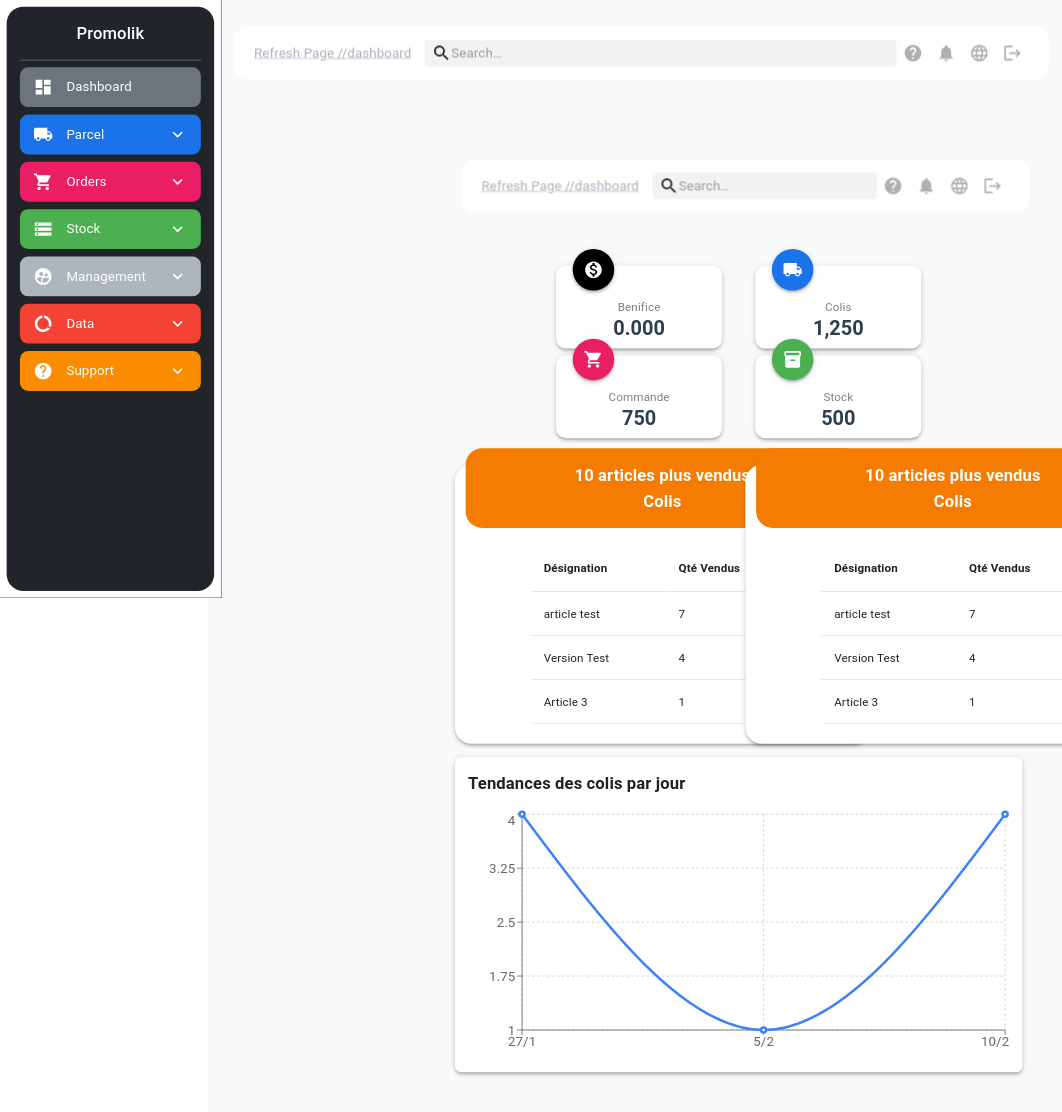
Repository: yosrjdly/stk
Page: /dashboard (app in dashboard/)
The author's editor kept a copy of each file at every save. The page is drawn from the files as they stood at one save, then again after the next save.
The browser window is 1280 px wide. The pictures show the whole page, at 83% of full size.
The project was rebuilt for these pictures with package versions that can differ from the ones it lists, and the page was loaded fresh each time. The framework's server and built-in components were replaced by stand-ins that run in the browser. Also part of the build but not shown: dashboard/next.config.ts.

Above is the page before, as saved 2025-02-16 17:04:04.

### dashboard/src/app/dashboard/Layout.tsx
"use client";

import { Box, CssBaseline, Toolbar } from "@mui/material";
import Sidebar from "../../componenets/sidebar/SideBar";
import Navbar from "../../componenets/navbar/Navbar"; // Assuming you have a Navbar component
import { ReactNode } from "react";

interface LayoutProps {
  children: ReactNode;
}

export default function Layout({ children }: LayoutProps) {
  return (
    <Box sx={{ display: "flex" }}>
      <CssBaseline />

      {/* Sidebar (Permanent) */}
      <Sidebar />

      {/* Main Content Area */}
      <Box
        component="main"
        sx={{

          flexGrow: 1,
          p: 3,
          width: `calc(100% - 250px)`, // Adjusting main content width to fit sidebar
          backgroundColor: "#f8f9fa",
          minHeight: "100vh",
        }}
      >
        {/* Navbar */}
        <Navbar />

        {/* Page Content */}
        <Toolbar /> {/* Keeps content from being hidden behind Navbar */}
        {children}
      </Box>
    </Box>
  );
}

### dashboard/src/app/dashboard/page.tsx
import DashboardStats from "@/componenets/cards/smallCard/StatisticCard";
import Layout from "../dashboard/Layout";
import TopSellingCard from "../../componenets/cards/mediumCard/TopSellingCard";
import Chart from "../../componenets/Charts/Chart";
import { Box, Grid } from "@mui/material";

export default function DashboardHome() {
  return (
    <Layout>
      {/* Stats at the top */}
      <Box sx={{ mb: 4 }}>
        <DashboardStats />
      </Box>

      {/* Two TopSellingCards in one row */}
      <Grid container spacing={2} sx={{ mb: 2 }}>
        <Grid item xs={12} md={6}>
          <TopSellingCard />
        </Grid>
        <Grid item xs={12} md={6}>
          <TopSellingCard />
        </Grid>
      </Grid>

      {/* Chart below */}
      <Box>
        <Chart />
      </Box>
    </Layout>
  );
}

### dashboard/src/componenets/sidebar/SideBar.tsx
"use client";

import { useState } from "react";
import { useRouter, usePathname } from "next/navigation";
import {
  Drawer,
  List,
  ListItemButton,
  ListItemText,
  Collapse,
  Divider,
  Typography,
  Box,
  IconButton,
} from "@mui/material";
import { ExpandLess, ExpandMore, Brightness4, Brightness7 } from "@mui/icons-material";
import DashboardIcon from '@mui/icons-material/Dashboard';
import LocalShippingIcon from '@mui/icons-material/LocalShipping';
import ShoppingCartIcon from '@mui/icons-material/ShoppingCart';
import StorageIcon from '@mui/icons-material/Storage';
import SupervisedUserCircleIcon from '@mui/icons-material/SupervisedUserCircle';
import DataUsageIcon from '@mui/icons-material/DataUsage';
import HelpIcon from '@mui/icons-material/Help';

const menuItems = [
  {
    title: "Dashboard",
    path: "/dashboard",
    color: "#6c757d",
    icon: <DashboardIcon />,
  },
  {
    title: "Parcel",
    subItems: [
      { title: "Statistique", path: "/parcel/statistical" },

      { title: "Exchange List", path: "/parcel/exchangeList" },
      { title: "Search", path: "/parcel/search" },

      { title: "Exchange Return", path: "/dashboard/parcel/exchangeReturn" },
      { title: "Exchange Creation", path: "/dashboard/parcel/exchangeCreation" },
      { title: "Package Creation", path: "/dashboard/parcel/packageCreation" },
      { title: "Package Edit", path: "/dashboard/parcel/packageEdit" },
      { title: "Package List", path: "/dashboard/parcel/packageList" },
      { title: "Parcel Return", path: "/dashboard/parcel/parcelReturn" },

    ],
    color: "#1a73e8",
    icon: <LocalShippingIcon />,
  },
  {
    title: "Orders",
    subItems: [
      { title: "Cash Sale", path: "/dashboard/orders/cashSale" },
      { title: "Orders", path: "/dashboard/orders/orders" },
    ],
    color: "#e91e63",
    icon: <ShoppingCartIcon />,
  },
  {
    title: "Stock",
    subItems: [
      { title: "Add Article", path: "/dashboard/stock/addArticle" },
      { title: "Entred Stock", path: "/dashboard/stock/entredStock" },
      { title: "Notification", path: "/dashboard/stock/notification" },
      { title: "Stock", path: "/dashboard/stock/stock" },
    ],
    color: "#4caf50",
    icon: <StorageIcon />,
  },
  {
    title: "Management",
    subItems: [
      { title: "Delivery Company", path: "/manegement/deliveryCompany" },
      { title: "Profile", path: "/dashboard/management/profile" },
      { title: "Profit", path: "/dashboard/management/profit" },
      { title: "Spending", path: "/dashboard/management/spending" },
      { title: "User", path: "/dashboard/management/user" },
    ],
    color: "#adb5bd",
    icon: <SupervisedUserCircleIcon />,
  },
  {
    title: "Data",
    subItems: [
      { title: "Archived Parcel", path: "/dashboard/data/archivedParcel" },
      { title: "Command Deleted", path: "/dashboard/data/commandDeleted" },
      { title: "Deleted Parcel", path: "/dashboard/data/deletedParcel" },
      { title: "Inventory Removed", path: "/dashboard/data/inventoryRemoved" },
    ],
    color: "#f44335",
    icon: <DataUsageIcon />,
  },
  {
    title: "Support",
    subItems: [
      { title: "About Us", path: "/dashboard/support/aboutUs" },
      { title: "Claims", path: "/dashboard/support/claims" },
      { title: "User Guide", path: "/dashboard/support/userGuide" },
    ],
    color: "#fb8c00",
    icon: <HelpIcon />,
  },
];

export default function Sidebar() {
  const router = useRouter();
  const pathname = usePathname();
  const [openSections, setOpenSections] = useState<Record<string, boolean>>({});

  const toggleSection = (title: string) => {
    setOpenSections((prev) => ({
      ...prev,
      [title]: !prev[title],
    }));
  };

  return (
    <Drawer variant="permanent" sx={{ width: 250, flexShrink: 0, marginTop: 2 }}>
      <Box sx={{ height: "100%", width: 250, padding: 2, backgroundColor: "#212529", borderRadius: 5, margin: 1 }}>
        <Typography variant="h6" sx={{ color: "white", textAlign: "center", mb: 2 }}>
          Promolik
        </Typography>
        <Divider sx={{ backgroundColor: "#6c757d" }} />
        <List>
          {menuItems.map((item, index) => {
            const isParentActive = item.subItems?.some((subItem) => pathname === subItem.path);

            return (
              <div key={index}>
                {item.subItems ? (
                  <>
                    <ListItemButton
                      sx={{
                        backgroundColor: item.color,
                        borderRadius: "10px",
                        marginBottom: 1,
                        color: "white",
                      }}
                      onClick={() => toggleSection(item.title)}
                    >
                      {item.icon}
                      <ListItemText primary={item.title} sx={{ ml: 2 }} />
                      {openSections[item.title] ? <ExpandLess /> : <ExpandMore />}
                    </ListItemButton>
                    <Collapse in={openSections[item.title]} timeout="auto" unmountOnExit>
                      <List component="div" disablePadding>
                        {item.subItems.map((subItem, subIndex) => (
                          <ListItemButton
                            key={subIndex}
                            sx={{
                              pl: 4,
                              backgroundColor: pathname === subItem.path ? item.color : "transparent",
                              borderRadius: pathname === subItem.path ? "10px" : "0px",
                              marginBottom: 1,
                              color: pathname === subItem.path ? "white" : "#ccc",
                            }}
                            onClick={() => router.push(subItem.path)}
                          >
                            <ListItemText primary={subItem.title} />
                          </ListItemButton>
                        ))}
                      </List>
                    </Collapse>
                  </>
                ) : (
                  <ListItemButton
                    sx={{
                      backgroundColor: pathname === item.path ? item.color : "transparent",
                      borderRadius: pathname === item.path ? "10px" : "0px",
                      marginBottom: 1,
                      color: pathname === item.path ? "white" : "#ccc",
                    }}
                    onClick={() => router.push(item.path)}
                  >
                    {item.icon}
                    <ListItemText primary={item.title} sx={{ ml: 2 }} />
                  </ListItemButton>
                )}
                <Divider />
              </div>
            );
          })}
        </List>
      </Box>
    </Drawer>
  );
}

### dashboard/src/componenets/navbar/Navbar.tsx
'use client';

import React, { useState, useEffect } from 'react';
import { AppBar, Toolbar, IconButton, InputBase, Menu, MenuItem, Link } from '@mui/material';
import { Search as SearchIcon, Help as HelpIcon, Notifications as NotificationsIcon, Language as LanguageIcon, Logout as LogoutIcon } from '@mui/icons-material';
import { useRouter,usePathname } from 'next/navigation';

const Navbar = () => {
  const [anchorEl, setAnchorEl] = useState(null);
  const [isClient, setIsClient] = useState(false);
    const pathname = usePathname();
    console.log("pathname",pathname)
   // state to ensure client-side execution
  const router = useRouter();
  console.log("router ",router) // Use `useRouter` directly

  useEffect(() => {
    // Ensure that we're on the client side by checking for window
    setIsClient(true);
  }, []);

  const handleMenuOpen = (event) => {
    setAnchorEl(event.currentTarget);
  };

  const handleMenuClose = () => {
    setAnchorEl(null);
  };

  const handleRefresh = () => {
    window.location.reload();
  };

  if (!isClient) {
    return null; // return null while waiting for the client-side execution
  }

  return (
    <AppBar
      position="sticky"
      sx={{
        mx: 1,
        mt: 1,
        borderRadius: '16px',
        boxShadow: 'none',
        backdropFilter: 'blur(10px)',
        zIndex: 1200,
        backgroundColor: '#ffff',
      }}
    >
      <Toolbar>
        {/* Refresh Link and Current Route */}
        <Link
          component="button"
          sx={{ color: '#B0B0B0', marginRight: '16px' }}
          onClick={handleRefresh}
        >
          Refresh Page /{router.pathname}
          {console.log(router)}
        </Link>

        {/* Search Bar */}
        <InputBase
          placeholder="Search…"
          startAdornment={<SearchIcon />}
          sx={{ flexGrow: 1, backgroundColor: 'rgba(0, 0, 0, 0.05)', borderRadius: '4px', paddingLeft: '8px' }}
        />

        {/* Help Icon */}
        <IconButton color="inherit" onClick={handleMenuOpen} sx={{ color: '#B0B0B0' }}>
          <HelpIcon />
        </IconButton>

        {/* Notifications Icon */}
        <IconButton color="inherit" sx={{ color: '#B0B0B0' }}>
          <NotificationsIcon />
        </IconButton>

        {/* Language Icon */}
        <IconButton color="inherit" sx={{ color: '#B0B0B0' }}>
          <LanguageIcon />
        </IconButton>

        {/* Logout Icon */}
        <IconButton color="inherit" sx={{ color: '#B0B0B0' }}>
          <LogoutIcon />
        </IconButton>
      </Toolbar>

      {/* Help Icon Menu */}
      <Menu
        anchorEl={anchorEl}
        open={Boolean(anchorEl)}
        onClose={handleMenuClose}
      >
        <MenuItem onClick={handleMenuClose}>Help Center</MenuItem>
        <MenuItem onClick={handleMenuClose}>Contact Support</MenuItem>
      </Menu>
    </AppBar>
  );
};

export default Navbar;

### dashboard/src/componenets/cards/smallCard/StatisticCard.tsx
'use client';

import React from 'react';
import { Card, CardContent, Typography, Box } from '@mui/material';
import MonetizationOnIcon from '@mui/icons-material/MonetizationOn';
import LocalShippingIcon from '@mui/icons-material/LocalShipping';
import ShoppingCartIcon from '@mui/icons-material/ShoppingCart';
import InventoryIcon from '@mui/icons-material/Inventory';

const StatisticCard = ({
  title,
  value,
  icon,
  bgColor,
}: {
  title: string;
  value: string;
  icon: React.ReactNode;
  bgColor: string;
}) => {
  return (
    <Box sx={{ position: 'relative', display: 'inline-block', mx: 2 }}>
      {/* Floating Icon */}
      <Box
        sx={{
          position: 'absolute',
          top: -20,
          left: 20,
          width: 50,
          height: 50,
          borderRadius: '50%',
          backgroundColor: bgColor,
          display: 'flex',
          alignItems: 'center',
          justifyContent: 'center',
          boxShadow: 3,
        }}
      >
        {icon}
      </Box>

      {/* Card */}
      <Card
        sx={{
          width: 200,
          height: 100,
          borderRadius: 3,
          textAlign: 'center',
          boxShadow: 3,
          backgroundColor: 'white',
          pt: 3,
        }}
      >
        <CardContent>
          <Typography variant="body2" sx={{ color: 'gray' }}>
            {title}
          </Typography>
          <Typography variant="h5" sx={{ fontWeight: 'bold', color: '#2D3E50' }}>
            {value}
          </Typography>
        </CardContent>
      </Card>
    </Box>
  );
};

const DashboardStats = () => {
  const stats = [
    { title: 'Benifice', value: '0.000', icon: <MonetizationOnIcon sx={{ color: 'white' }} />, bgColor: 'black' },
    { title: 'Colis', value: '1,250', icon: <LocalShippingIcon sx={{ color: 'white' }} />, bgColor: '#1a73e8' },
    { title: 'Commande', value: '750', icon: <ShoppingCartIcon sx={{ color: 'white' }} />, bgColor: '#e91e63' },
    { title: 'Stock', value: '500', icon: <InventoryIcon sx={{ color: 'white' }} />, bgColor: '#4caf50' },
  ];

  return (
    <Box display="flex" justifyContent="center" gap={1} flexWrap="wrap" mt={0}>
      {stats.map((stat, index) => (
        <StatisticCard key={index} title={stat.title} value={stat.value} icon={stat.icon} bgColor={stat.bgColor} />
      ))}
    </Box>
  );
};

export default DashboardStats;

### dashboard/src/componenets/cards/mediumCard/TopSellingCard.tsx
"use client";

import { Card, CardContent, Typography, Table, TableBody, TableCell, TableContainer, TableHead, TableRow, Paper, Box } from "@mui/material";

const data = [
  { name: "article test", quantity: 7 },
  { name: "Version Test", quantity: 4 },
  { name: "Article 3", quantity: 1 },
];

const TopSellingCard = () => {
  return (
    <Card sx={{ width: 500, borderRadius: 5, boxShadow: 3, overflow: "visible", display: "flex", flexDirection: "column", alignItems: "center", justifyContent: "center", position: "relative" }}>
      <CardContent sx={{ backgroundColor: "#f57c00", color: "white", textAlign: "center", padding: 2, width: 475, position: "absolute", top: -20,borderRadius: 5 }}>
        <Typography variant="h6" fontWeight="bold">
          10 articles plus vendus
        </Typography>
        <Typography variant="h6" fontWeight="bold">
          Colis
        </Typography>
      </CardContent>
      <CardContent sx={{ width: 350, marginTop: 10 }}>
        <TableContainer component={Paper} elevation={0} sx={{ boxShadow: "none" }}>
          <Table>
            <TableHead>
              <TableRow>
                <TableCell sx={{ fontWeight: "bold" }}>Désignation</TableCell>
                <TableCell sx={{ fontWeight: "bold" }}>Qté Vendus</TableCell>
              </TableRow>
            </TableHead>
            <TableBody>
              {data.map((item, index) => (
                <TableRow key={index}>
                  <TableCell>{item.name}</TableCell>
                  <TableCell>{item.quantity}</TableCell>
                </TableRow>
              ))}
            </TableBody>
          </Table>
        </TableContainer>
      </CardContent>
    </Card>
  );
};

export default TopSellingCard;

### dashboard/src/componenets/Charts/Chart.tsx
"use client";

import { Card, CardContent, Typography } from "@mui/material";
import { LineChart, Line, XAxis, YAxis, CartesianGrid, Tooltip, ResponsiveContainer } from "recharts";

const data = [
  { date: "27/1", value: 4 },
  { date: "5/2", value: 1 },
  { date: "10/2", value: 4 },
];

const Chart = () => {
  return (
    <Card sx={{ width: "100%", borderRadius: 2, boxShadow: 3, padding: 2 }}>
      <Typography variant="h6" fontWeight="bold" sx={{ marginBottom: 2 }}>
        Tendances des colis par jour
      </Typography>
      <ResponsiveContainer width="100%" height={300}>
        <LineChart data={data}>
          <CartesianGrid strokeDasharray="3 3" />
          <XAxis dataKey="date" />
          <YAxis domain={[1, 4]} />
          <Tooltip />
          <Line type="monotone" dataKey="value" stroke="#3b82f6" strokeWidth={3} />
        </LineChart>
      </ResponsiveContainer>
    </Card>
  );
};

export default Chart;

Loaded but not shown: dashboard/src/app/layout.tsx (common file); dashboard/src/app/globals.css (common file)

After the next save:
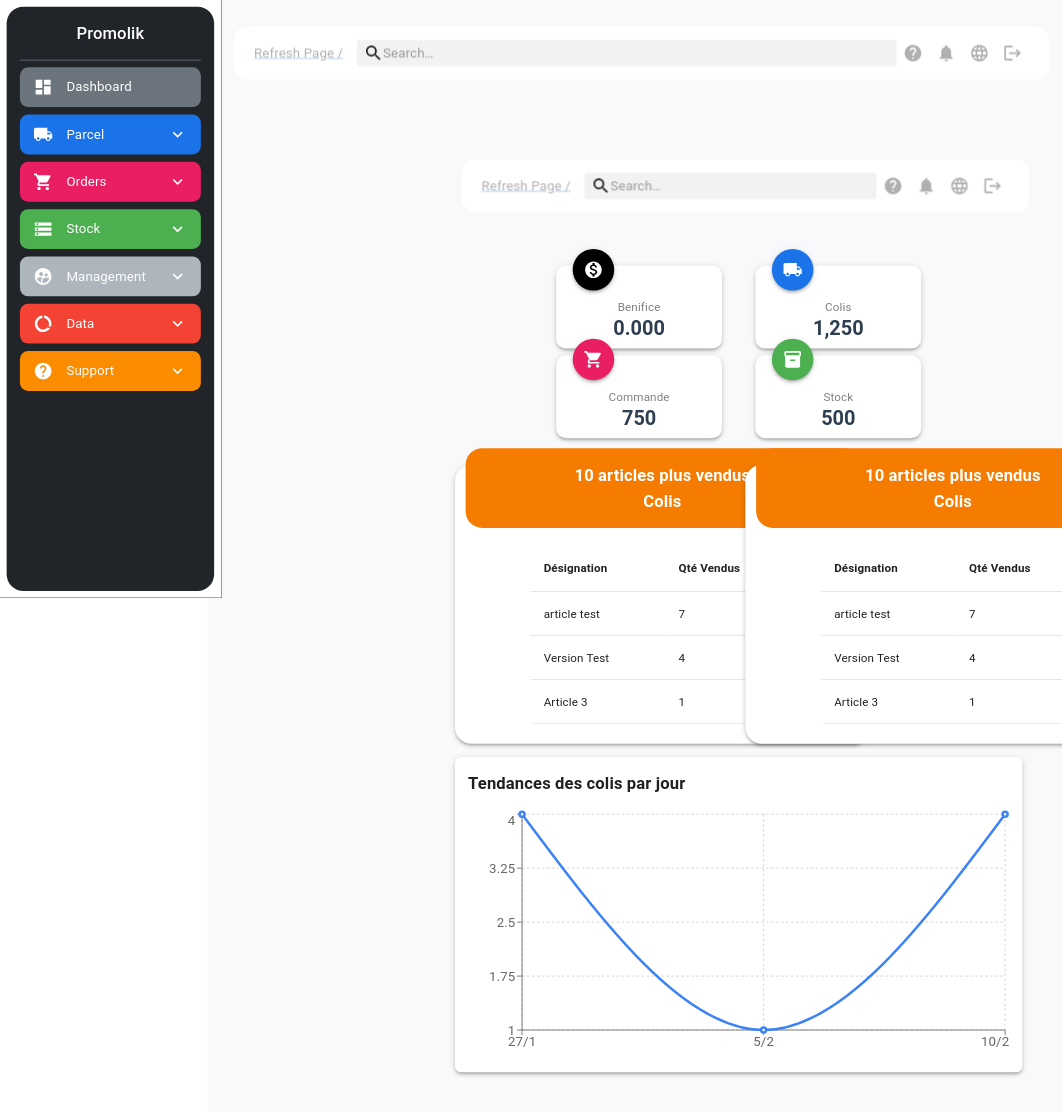
Saved 27 s later.
--- a/dashboard/src/componenets/navbar/Navbar.tsx
+++ b/dashboard/src/componenets/navbar/Navbar.tsx
@@ -55,7 +55,7 @@
           sx={{ color: '#B0B0B0', marginRight: '16px' }}
           onClick={handleRefresh}
         >
-          Refresh Page /{router.pathname}
+          Refresh Page /{}
           {console.log(router)}
         </Link>
 

After the 3 saves that followed:
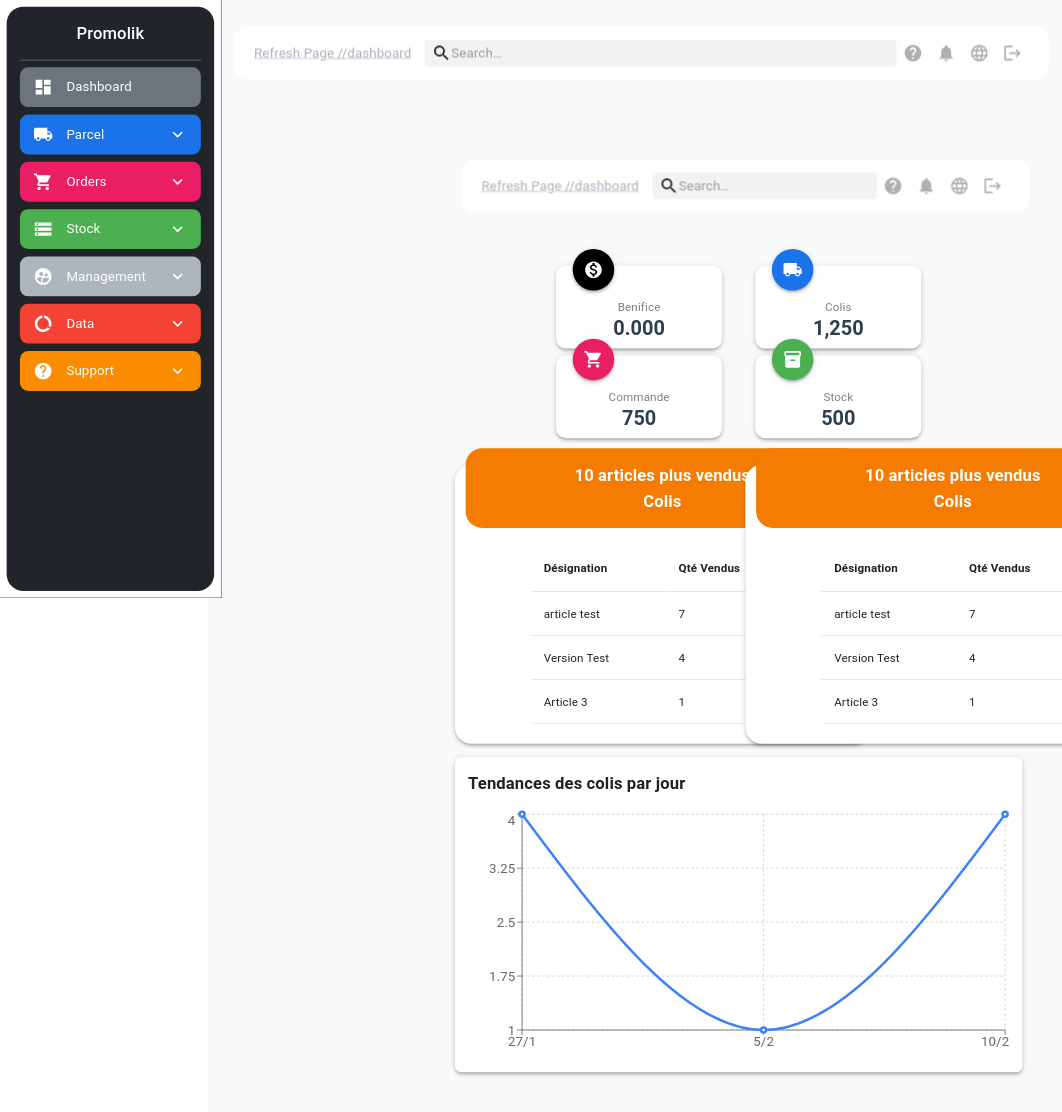
The 3 saves are shown as one change because 1 left the picture as it was and some came seconds apart.
The last was saved 16 s later.
--- a/dashboard/src/componenets/navbar/Navbar.tsx
+++ b/dashboard/src/componenets/navbar/Navbar.tsx
@@ -55,7 +55,7 @@
           sx={{ color: '#B0B0B0', marginRight: '16px' }}
           onClick={handleRefresh}
         >
-          Refresh Page /{}
+          Refresh Page /{router.pathname}
           {console.log(router)}
         </Link>
 
